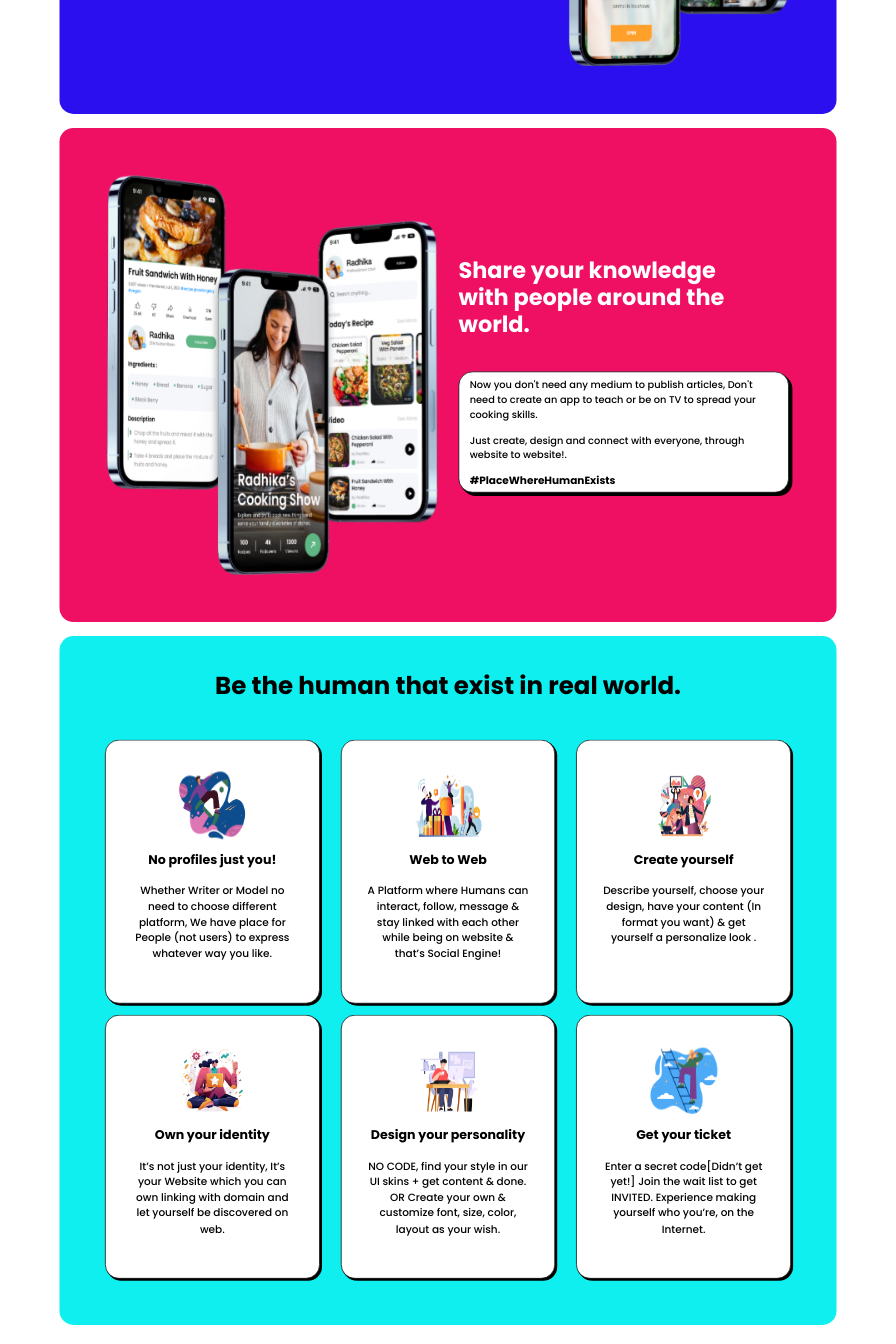
Repository: itsmesikandar/swavy.in.github.io
Page: index.html
These files come from the project's save history. The page is drawn as it stood at one moment and after the next save; the edit follows.
The browser window is 1280 px wide. The pictures show the part of the page from y = 2774 to 4694 px (the page is 5324 px tall), at 70% of full size.

Above is the page before, as saved 2023-02-23 23:59:43.
Console error: TypeError: Cannot read properties of undefined (reading 'fn')

After the next save:
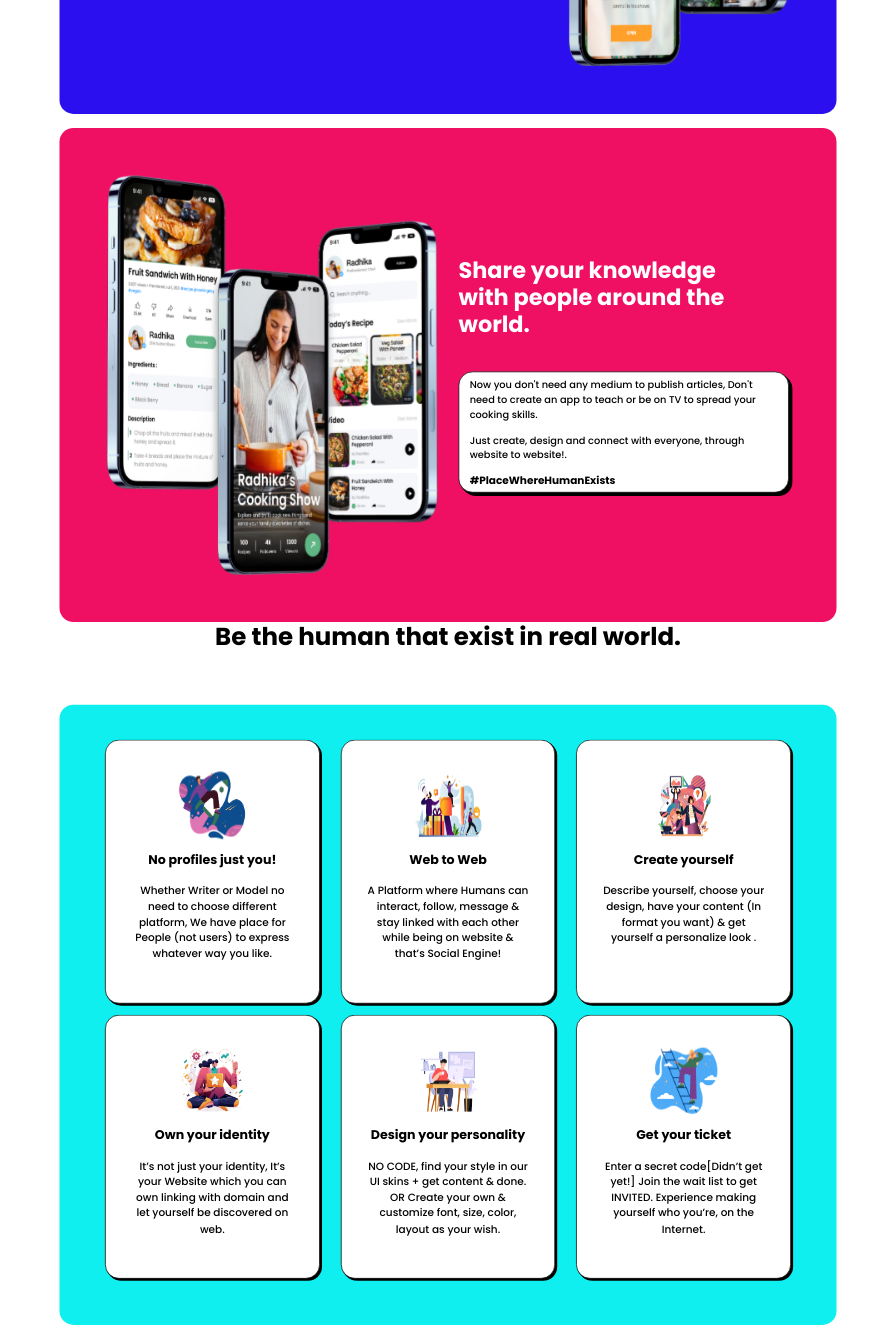
Saved 7 min 42 s later.
--- a/index.html
+++ b/index.html
@@ -172,13 +172,14 @@
             </div>
           </section>
 
+          <div class="col-12 text-center pb-5">
+            <h2><b>Be the human that exist in real world.</b></h2>
+          </div>
 
           <section class="case-studies bg_color_fifth" id="case-studies-section">
             <div class="container">
               <div class="row ">
-                <div class="col-12 text-center pb-5">
-                  <h2><b>Be the human that exist in real world.</b></h2>
-                </div>
+
 
                 <div class="col-12 col-md-6 col-lg-4 stretch-card mb-3 mb-lg-3 " data-aos="zoom-in">
                   <div class="card customer-cards font-wt-wb box-shadow-3d-e">
@@ -278,7 +279,6 @@
           </div>
       </div>
     </div>
-
 
 
     <section class="text-center align-items-center " >
